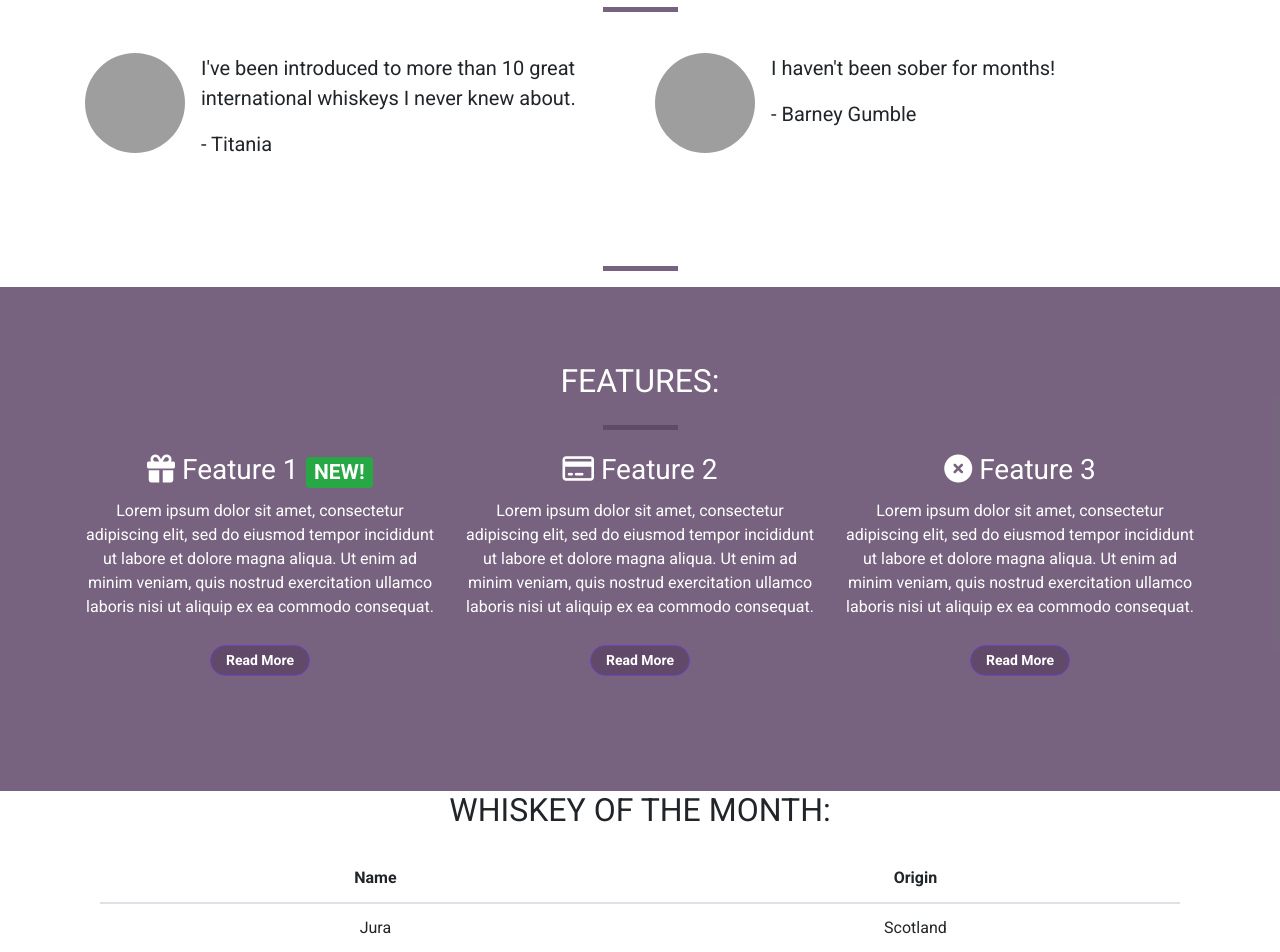
Repository: cipsim/bootstrap2.0
Page: index.html
The author's editor kept a record of every edit. The page is drawn from the files as they stood at one moment, then again after the next edit.
The browser window is 1280 px wide. The pictures show the part of the page from y = 875 to 1827 px (the page is 2035 px tall before and 1998 px after).
Pictures or frames that could not be fetched are drawn as grey boxes. Backgrounds fixed to the window are drawn as part of the page. Some web libraries are served in a nearby version.

Above is the page before.

### index.html
<!DOCTYPE html>
<html lang="en-us">

<head>
    <meta charset="utf-8">
    <title>Whiskey Drop | Taste a new whiskey every month</title>
    <meta name="viewport" content="width=device-width, initial-scale=1.0">
    <link rel="stylesheet" href="https://maxcdn.bootstrapcdn.com/bootstrap/4.1.3/css/bootstrap.min.css">
    <script src="https://kit.fontawesome.com/0dc9a7af2a.js"></script>
    <link href="https://fonts.googleapis.com/css?family=Roboto:400,700&display=swap" rel="stylesheet">
    <link rel="stylesheet" href="css/style.css" type="text/css" />
</head>

<body>
    <div class="container-fluid navalert-container">
        <div class="container-fluid alert-container">
            <div class="row d-none d-sm-block">
                <div class="col-12">
                    <div class="site-wide-alert alert alert-warning">
                        <strong>Sale is now on!</strong> We got a sale on: get a 12 month subscription for the price of 6!!! <a href="">See here for details.</a>
                    </div>
                </div>
            </div>
        </div>
        <nav class="navbar navbar-dark navbar-expand-sm">
            <a href="/" class="navbar-brand">Whiskey Drop</a>
            <button class="navbar-toggler ml-auto" type="button" data-toggle="collapse" data-target="#navbarNavDropdown" aria-controls="navbarNavDropdownv" aria-epanded="false" aria-label="Toggle navigation">
            <span class="navbar-toggler-icon">
            </span>
        </button>
            <div class="collapse navbar-collapse" id="navbarNavDropdown">
                <ul class="navbar-nav mr-auto">
                    <li class="active nav-item mr-2"><a class="nav-link" href="/">Home</a></li>
                    <li class="nav-item mr-2"><a class="nav-link" href="/about">About</a></li>
                    <li class="nav-item dropdown">
                        <a class="nav-link dropdown-toggle" href="#" id="navbarDropdownMenuLink" role="button" data-toggle="dropdown" aria-haspopup="true" aria-expanded="false">
                        Whiskeys
                    </a>
                        <div class="dropdown-menu" aria-labelledby="navbarDropdownMenuLink">
                            <a href="#" class="dropdown-item">Scotch</a>
                            <a href="#" class="dropdown-item">Irish</a>
                            <a href="#" class="dropdown-item">Japanese</a>
                            <a href="#" class="dropdown-item">Italian</a>
                        </div>
                    </li>
                    <li class="nav-item mr-2 d-block d-sm-none"><a class="nav-link" href="/login">Sign In / Sign Up</a></li>
                </ul>
            </div>
            <div class="d-none d-md-block">
                <p class="navbar-text my-auto mr-2"><i>Great whiskey delivered to your door!</i></p>
                <a href="/login" class="btn btn--cta btn--purple">Sign in / Sign up</a>
            </div>
        </nav>\
    </div>
    <!-- Callout -->
    <div class="container-fluid callout-container">
        <div class="row">
            <div class="col-12">
                <section class="callout jumbotron text-center">
                    <h1 class="jumbotron-header">The finest whiskeys delivered to your doorstep.</h1>
                    <hr class="block-divider">
                    <p class="lead">Sign up today to start receiving the world's best whiskeys every month.
                        <s class="d-none d-sm-inline">19.99$</s>
                        <span class="d-inline d-sm-none"><br></span>
                        <strong><mark>First one is free!</mark></strong></p>
                    <p class="text-muted"><small>You must be over 18 to sign up to our service, please drink responsibly</small></p>
                    <button class="btn btn-lg btn--cta btn--purple" data-toggle="modal" data-target="#signUpModal">Sign up!</button>
                </section>
            </div>
        </div>
    </div>
    <!-- /.callout -->
    <hr>

    <!-- Quotes -->
    <div class="container-wrapper">
        <div class="container quotes-container content-container">
            <section class="quotes">
                <div class="row">
                    <div class="col-12 page-header">
                        <h2 class="text-uppercase">Quotes:</h2>
                        <hr class="block-divider">
                    </div>
                </div>
                <div class="row">
                    <div class="col-12 col-md-6">
                        <div class="media">
                            <div class="d-none d-sm-block">
                                <img src=".c9/images/girls.jpg" class="rounded-circle mr-3" height=100 width=100>
                            </div>
                            <div class="media-body">
                                <blockquote class="blockquote">
                                    <p>I've been introduced to more than 10 great international whiskeys I never knew about.</p>
                                    <p>- Titania</p>
                                </blockquote>
                            </div>
                        </div>
                    </div>
                    <div class="col-12 col-md-6">
                        <div class="media">
                            <div class="d-none d-sm-block">
                                <img src=".c9/images/guy.jpg" class="rounded-circle mr-3" height=100 width=100>
                            </div>
                            <div class="media-body">
                                <blockquote class="blockquote">
                                    <p>I haven't been sober for months!</p>
                                    <p>- Barney Gumble</p>
                                </blockquote>
                            </div>
                        </div>
                    </div>
                </div>
            </section>
        </div>
    </div>

    <!-- /.quotes -->
    <hr class="block-divider">

    <!-- Features -->
    <div class="content-wrapper container-wrapper--purple">
        <div class="container features-container content-container">
            <section class="features">
                <div class="row">
                    <div class="col-12 page-header">
                        <h2 class="text-uppercase">Features:</h2>
                    </div>
                    <hr class="block-divider">
                </div>
                <div class="row">
                    <div class="col-12 col-md-6 col-lg-4">
                        <div class="feature">
                            <h3><i class="fas fa-gift d-none d-sm-inline"></i> Feature 1 <span class="badge badge-success">NEW!</span></h3>
                            <p>Lorem ipsum dolor sit amet, consectetur adipiscing elit, sed do eiusmod tempor incididunt ut labore et dolore magna aliqua. Ut enim ad minim veniam, quis nostrud exercitation ullamco laboris nisi ut aliquip ex ea commodo consequat.</p>
                            <p><a class="btn btn-sm btn-light" href="">Read More</a></p>
                        </div>
                    </div>
                    <div class="col-12 col-md-6 col-lg-4">
                        <div class="feature">
                            <h3><i class="far fa-credit-card d-none d-sm-inline"></i> Feature 2</h3>
                            <p>Lorem ipsum dolor sit amet, consectetur adipiscing elit, sed do eiusmod tempor incididunt ut labore et dolore magna aliqua. Ut enim ad minim veniam, quis nostrud exercitation ullamco laboris nisi ut aliquip ex ea commodo consequat.</p>
                            <p><a class="btn btn-sm btn-light" href="">Read More</a></p>
                        </div>
                    </div>
                    <div class="col-12 d-md-none d-lg-block col-lg-4">
                        <div class="feature">
                            <h3><i class="fas fa-times-circle d-none d-sm-inline"></i> Feature 3</h3>
                            <p>Lorem ipsum dolor sit amet, consectetur adipiscing elit, sed do eiusmod tempor incididunt ut labore et dolore magna aliqua. Ut enim ad minim veniam, quis nostrud exercitation ullamco laboris nisi ut aliquip ex ea commodo consequat.</p>
                            <p><a class="btn btn-sm btn-light" href="">Read More</a></p>
                        </div>
                    </div>
                </div>
            </section>
        </div>
    </div>

    <!-- /.features -->
    <!--Table-->
    <div class="container table-container">
        <section class="table">
            <div class="col-12 page-header">
                <h2 class="text-uppercase">Whiskey of the month:</h2>
                <table class="table">
                    <thead>
                        <tr>
                            <th scope="col">Name</th>
                            <th scope="col">Origin</th>
                        </tr>
                    </thead>
                    <tbody>
                        <tr>
                            <td>Jura</td>
                            <td>Scotland</td>
                        </tr>
                        <tr>
                            <td>Jameson</td>
                            <td>Ireland</td>
                        </tr>
                        <tr>
                            <td>Hanyu</td>
                            <td>Japan</td>
                        </tr>
                        <tr>
                            <td>Puni</td>
                            <td>Italy</td>
                        </tr>
                        <tr>
                            <td>Talisker</td>
                            <td>Scotland</td>
                        </tr>
            </div>
        </section>
    </div>
    </article>
    <div class="modal" tabindex="-1" role="dialog" id="signUpModal">
        <div class="modal-dialog" role="document">
            <div class="modal-content">
                <div class="modal-header">
                    <h5 class="modal-title">Sign up to Whiskey Drop!</h5>
                    <button type="button" class="close" data-dismiss="modal" aria-label="Close">
          <span aria-hidden="true">&times;</span>
        </button>
                </div>
                <div class="modal-body">
                    <form>
                        <div class="form-group">
                            <label for="exampleInputEmail1">Email address</label>
                            <input type="email" class="form-control" id="exampleInputEmail1" aria-describedby="emailHelp" placeholder="Enter email">
                            <small id="emailHelp" class="form-text text-muted">We'll never share your email with anyone else.</small>
                        </div>
                        <div class="form-group">
                            <label for="password">Password</label>
                            <input type="password" class="form-control" id="password" placeholder="Password">
                        </div>
                        <div class="form-group">
                            <label for="repeatPassword">Repeat Password</label>
                            <input type="password" class="form-control" id="repeatPassword" placeholder="Repeat Password">
                        </div>
                        <button type="submit" class="btn btn-success">Submit</button>
                    </form>
                </div>
            </div>
        </div>
    </div>
    <script src="https://code.jquery.com/jquery-3.3.1.slim.min.js" integrity="sha384-q8i/X+965DzO0rT7abK41JStQIAqVgRVzpbzo5smXKp4YfRvH+8abtTE1Pi6jizo" crossorigin="anonymous"></script>
    <script src="https://cdnjs.cloudflare.com/ajax/libs/popper.js/1.14.7/umd/popper.min.js" integrity="sha384-UO2eT0CpHqdSJQ6hJty5KVphtPhzWj9WO1clHTMGa3JDZwrnQq4sF86dIHNDz0W1" crossorigin="anonymous"></script>
    <script src="https://stackpath.bootstrapcdn.com/bootstrap/4.3.1/js/bootstrap.min.js" integrity="sha384-JjSmVgyd0p3pXB1rRibZUAYoIIy6OrQ6VrjIEaFf/nJGzIxFDsf4x0xIM+B07jRM" crossorigin="anonymous"></script>
</body>

</html>

### css/style.css
body {
    font-family: 'Roboto', sans-serif;
}

.alert-container .col-12 {
    padding-left: 0;
    padding-right: 0;
}

.site-wide-alert {
    border-radius: 0;
    margin-bottom: 0;
    padding: 5px 15px;
    border-color: #e59a19;
    background-color: #e59a19;
    color: #fff;
}

.features-container {}

.quotes-container {}

.table-container {}

.callout-container {
    height: 100vh;

    background: url("../.c9/images/bgi.jpg") no-repeat bottom right fixed;
    -webkit-background-size: cover;
    -moz-background-size: cover;
    -o-background-size: cover;
    background-size: cover;

    display: flex;
    align-items: center;
    justify-content: center;

}

@media screen and (max-width: 600px) {
    .callout-container {
        height: 100vh;
        background: url("../.c9/images/bgi.jpg") no-repeat bottom center fixed;
        -webkit-background-size: cover;
        -moz-background-size: cover;
        -o-background-size: cover;
        background-size: cover;
        display: flex;
        align-items: center;
        justify-content: center;
    }
}

/*Headers*/

.page-header {
    margin-bottom: 0;
    border-bottom: 0;
    text-align: center;
}

.page-header h2 {
    margin-top: 0;
}

.quotes .page-header {
    margin-bottom: 25px;
}

.table td, .table th {
    padding: .75rem;
    border-top: 0px;
    }

.table h2 {
    margin-bottom: 25px;
}

/*Navbar*/

.navalert-container {
    position: absolute;
    top: 0;
    left: 0;
    padding-left: 0;
    padding-right: 0;
    z-index: 1;
}

.navbar {
    margin-bottom: 0;
    border: 0;
    width: 100%;
    background-color: rgba(0, 0, 0, 0.25);
}

.navbar .navbar-toggler {
    border: 0;
}

.navbar-brand {
    font-weight: bold;
}

.navbar .navbar-nav a {
    font-weight: bold;
}

/*jumbotron*/

.jumbotron {
    color: lightgray;
    background-color: transparent;
}

.jumbotron-header {
    color: #fcf8e3;
    -webkit-text-stroke: 1px black;
    font-weight: bold;
    margin-bottom: 30px;
}

.jumbotron small {
    font-size: 60%;
    font-style: italic;
    color: #dcbd18;
}

/*Block dividers*/

.block-divider {
    width: 75px;
    height: 5px;
    border: 0;
    background-color: #5c4465d4;
}

/*Content Containers*/

.content-container {
    padding-top: 75px;
    padding-bottom: 75px;
}

/*Container wrappers*/

.container-wrapper {}

.container-wrapper--purple {
    background-color: #5c4465d4;
    color: white;
}

/*Buttons*/

.btn--cta {
    font-weight: bold;
    border-radius: 25px;
    width: 150px;
}

.btn--purple {
    color: white;
    background-color: #5c4465d4;
    border-color: #6f42c1;
}

.btn--purple:hover,
.btn--purple:active,
.btn--purple:focus,
.btn--purple:active:focus {
    background-color: #6f42c1;
    border-color: #6f42c1;
}

.feature {
    text-align: center;
    margin-bottom: 40px;
}

.feature i {
    margin-bottom: 20px;
    line-height: 45px;
}

.feature .btn {
    background-color: #5c4465d4;
    border-color: #6f42c1;
    color: white;
    border-radius: 25px;
    min-width: 100px;
    margin-top: 10px;
    font-weight: bold;
}

After the next edit:
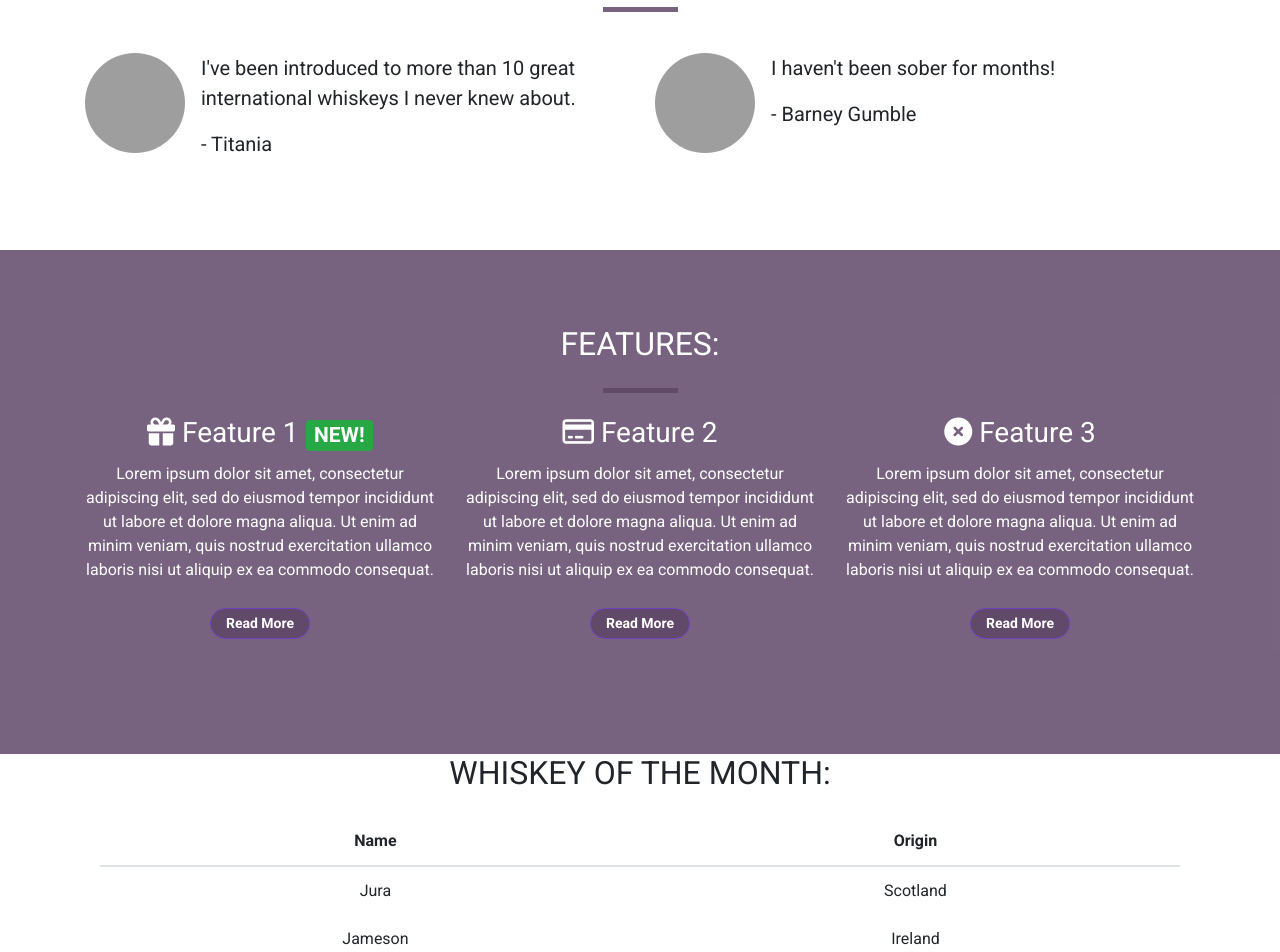
The edit:
--- a/index.html
+++ b/index.html
@@ -115,7 +115,6 @@
     </div>
 
     <!-- /.quotes -->
-    <hr class="block-divider">
 
     <!-- Features -->
     <div class="content-wrapper container-wrapper--purple">
